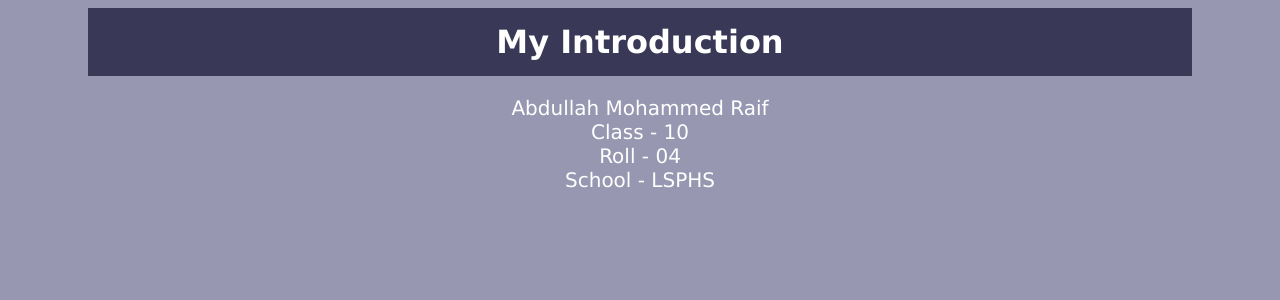
Repository: Raif-007/Portfolio
Page: index.html
The author's editor kept a copy of each file at every save. The page is drawn from the files as they stood at one save, then again after the next save.
The browser window is 1280 px wide. The pictures show the whole page.

Above is the page before, as saved 2021-07-05 17:10:02.

### index.html
<!DOCTYPE html>
<html lang="en">

<head>
    <meta charset="UTF-8">
    <meta http-equiv="X-UA-Compatible" content="IE=edge">
    <meta name="viewport" content="width=device-width, initial-scale=1.0">
    <title>Portfolio</title>
    <link rel="stylesheet" href="styles.css">
</head>

<body>

    <h1>
        My Introduction
    </h1>
    <p>

        Abdullah Mohammed Raif
        <br> Class - 10
        <br> Roll - 04
        <br> School - LSPHS



    </p>
</body>

</html>

### styles.css
body {
    background-color: rgba(54, 54, 105, 0.514);
    color: #ffffff;
    font-family: Verdana, Geneva, Tahoma, sans-serif;
    text-align: center;
}

h1 {
    background-color: rgba(25, 25, 56, 0.74);
    padding: 15px;
    margin: 0px 80px;
}

p {
    font-size: 20px;
}

After the next save:
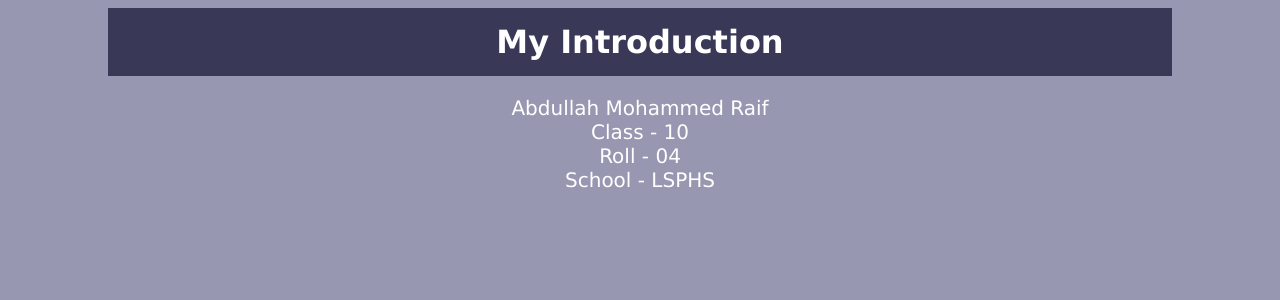
Saved 11 s later.
--- a/styles.css
+++ b/styles.css
@@ -8,7 +8,7 @@
 h1 {
     background-color: rgba(25, 25, 56, 0.74);
     padding: 15px;
-    margin: 0px 80px;
+    margin: 0px 100px;
 }
 
 p {
